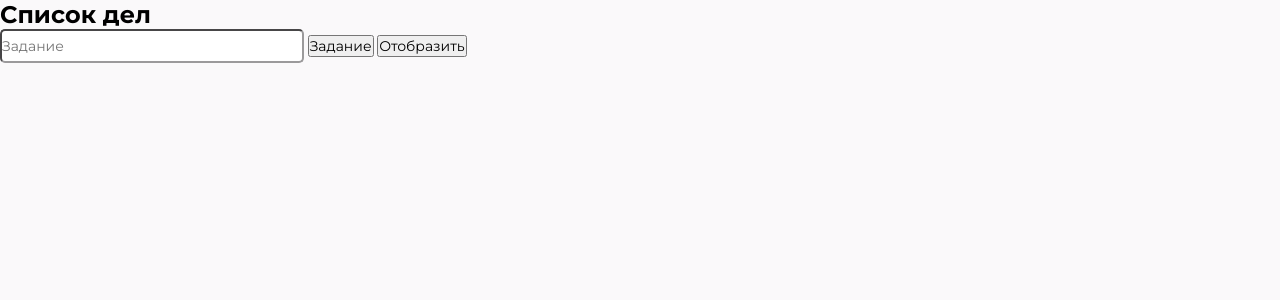
Repository: andbaik/it_unit9
Page: index.html
These files come from the project's save history. The page is drawn as it stood at one moment and after a run of saves; the edit follows.
The browser window is 1280 px wide. The pictures show the whole page.

Above is the page before, as saved 2021-04-06 21:57:49.

After the next 2 saves:
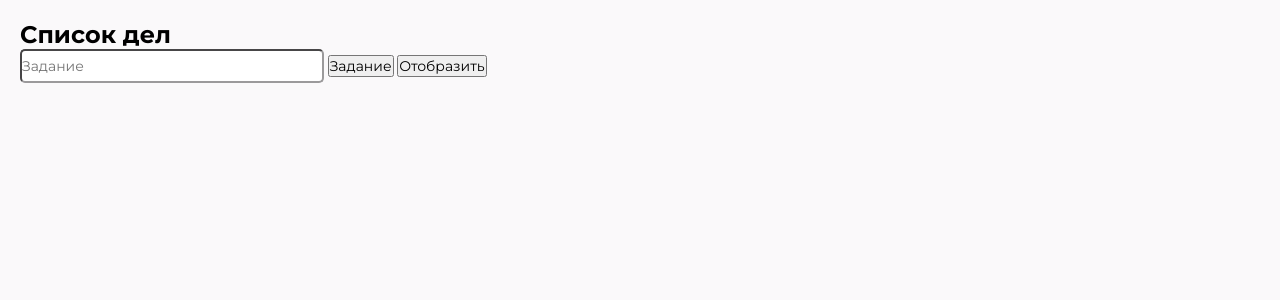
The 2 saves are shown as one change because they came seconds apart.
The last was saved 7 s later.
--- a/css/style.css
+++ b/css/style.css
@@ -8,8 +8,8 @@
 }
 
 body {
-    margin: ;
-background-color: #FAF9FA;
+    margin: 20px;
+    background-color: #FAF9FA;
 }
 
 h1 {
